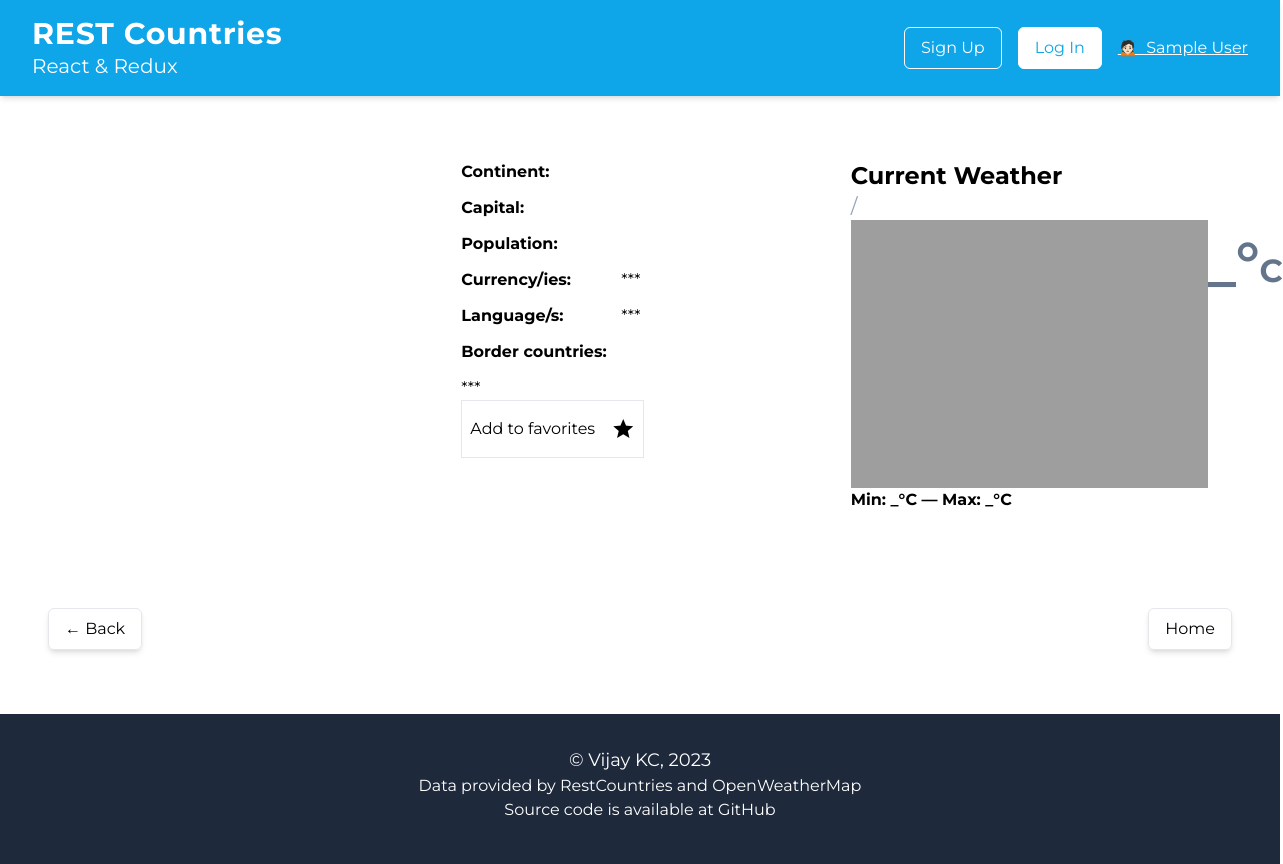
Repository: kcvijay/rest_countries_react_redux
Page: /favorites
These files come from the project's save history. The page is drawn as it stood at one moment and after the next save; the edit follows.
The browser window is 1280 px wide. The page is 1283 px wide, so the pictures cover 1283 px, including what lies to the right of the window. The pictures show the whole page.
Pictures or frames that could not be fetched are drawn as grey boxes. The page's requests for data from a server got no answer. The project was rebuilt for these pictures with package versions that can differ from the ones it lists, and the page was loaded fresh each time. No one was signed in, and anything a server would have sent is missing. Also part of the build but not shown: src/components/CountryCard.jsx, src/components/Home.jsx, src/components/NotFound.jsx.

Above is the page before, as saved 2023-03-20 20:01:50.

### public/index.html
<!DOCTYPE html>
<html lang="en">
  <head>
    <meta charset="utf-8" />
    <link rel="icon" href="%PUBLIC_URL%/favicon.ico" />
    <meta name="viewport" content="width=device-width, initial-scale=1" />
    <meta name="theme-color" content="#000000" />
    <meta
      name="description"
      content="REST Countries App created with React and Redux"
    />
    <link rel="manifest" href="%PUBLIC_URL%/manifest.json" />
    <link
      href="https://fonts.googleapis.com/icon?family=Material+Icons"
      rel="stylesheet"
    />
    <title>REST Countries App</title>

    <style>
      @import url("https://fonts.googleapis.com/css2?family=Montserrat:wght@400;700&display=swap");
    </style>
  </head>
  <body>
    <noscript>You need to enable JavaScript to run this app.</noscript>
    <div id="root"></div>
  </body>
</html>

### src/index.js
import React from "react";
import ReactDOM from "react-dom/client";
import App from "./App";
import "./index.css";

// Redux
import { store } from "./app/store";
import { Provider } from "react-redux";

const root = ReactDOM.createRoot(document.getElementById("root"));
root.render(
  <Provider store={store}>
    <App />
  </Provider>
);

### src/App.js
import React from "react";
import { BrowserRouter, Routes, Route } from "react-router-dom";

import Layout from "./pages/Layout";
import SingleCountry from "./components/SingleCountry";
import Home from "./components/Home";
import NotFound from "./components/NotFound";

const App = () => {
  return (
    <BrowserRouter>
      <Routes>
        <Route path="/" element={<Layout />}>
          <Route index element={<Home />} />
          <Route path="/:singlecountry" element={<SingleCountry />} />
          <Route path="*" element={<NotFound />} />
        </Route>
      </Routes>
    </BrowserRouter>
  );
};

export default App;

### src/app/store.js
import { configureStore } from "@reduxjs/toolkit";
import countriesReducer from "../features/countries/countriesSlice";
import countryReducer from "../features/countries/countriesSlice";
import weatherReducer from "../features/countries/countriesSlice";

export const store = configureStore({
  reducer: {
    countries: countriesReducer,
    country: countryReducer,
    weather: weatherReducer,
  },
});

### src/pages/Layout.jsx
import React from "react";

import Header from "../components/Header";
import Main from "../components/Main";
import Footer from "../components/Footer";

const Layout = () => {
  return (
    <div className="flex flex-col min-h-[100vh] relative">
      <Header />
      <Main />
      <Footer />
    </div>
  );
};

export default Layout;

### src/components/SingleCountry.jsx
import React, { useEffect } from "react";
import { useNavigate, useParams } from "react-router-dom";
import { useDispatch, useSelector } from "react-redux";
import { showSingleCountry } from "../features/countries/countryAction";
import { getWeather } from "../features/countries/weatherAction";

import loader from "../assets/loader.gif";
import Weather from "./Weather";

const SingleCountry = () => {
  const params = useParams();
  const navigate = useNavigate();
  const dispatch = useDispatch();

  const country = useSelector((state) => state.country.countryData);
  const weather = useSelector((state) => state.weather.weatherData);
  const loading = useSelector((state) => state.country.loading);

  useEffect(() => {
    if (!loading) {
      const fetchCountryData = async () => {
        dispatch(showSingleCountry(params.singlecountry));
        const capital = country[0]?.capital[0];
        console.log(capital);
        dispatch(getWeather(capital, process.env.REACT_APP_APP_ID));
      };
      fetchCountryData();
    }
  }, [dispatch, params]);

  const pageRedirectHandler = (el) => {
    return navigate(`/${el}`, { replace: false });
  };

  if (loading) {
    return (
      <div className="flex justify-center items-center m-16">
        <img className="backdrop" src={loader} alt="Loader animation" />
      </div>
    );
  }

  return (
    <div className="max-w-[1200px] my-16 mx-auto">
      <div className="grid md:grid-cols-2 lg:grid-cols-3 gap-8 mt-8 mx-8">
        <figure>
          <img
            className="shadow-md max-h-[220px] max-w-[320px] "
            src={country[0]?.flags?.svg}
            alt={country[0]?.name?.common}
          />
          <div className="mt-4">
            <h2 className="text-2xl font-bold">{country[0]?.name?.common}</h2>
            <p className="text-xl text-slate-400">
              {country[0]?.name?.official}
            </p>
          </div>
        </figure>

        <div>
          <ul>
            <li>
              <span className="inline-block w-[160px] font-bold mb-3">
                Continent:
              </span>
              {country[0]?.continents}
            </li>
            <li>
              <span className="inline-block w-[160px] font-bold mb-3">
                Capital:
              </span>
              {country[0]?.capital || country[0]?.name.common}
            </li>

            <li>
              <span className="inline-block w-[160px] font-bold mb-3">
                Population:
              </span>
              {country[0]?.population.toLocaleString()}
            </li>
            <li>
              <span className="inline-block w-[160px] font-bold mb-3">
                Currency/ies:
              </span>
              <span className="overflow-x-scroll">
                {country[0]?.currencies
                  ? Object.values(country[0]?.currencies)
                      .map((el) => el.name)
                      .join(", ")
                  : "***"}
              </span>
            </li>
            <li>
              <span className="inline-block w-[160px] font-bold mb-3">
                Language/s:
              </span>
              {country[0]?.languages
                ? Object.values(country[0]?.languages)
                    .map((el) => el)
                    .join(", ")
                : "***"}
            </li>
            <li>
              <span className="inline-block w-[160px] font-bold mb-3">
                Border countries:
              </span>
              <div className="flex flex-wrap justify-start items-center">
                {country[0]?.borders
                  ? country[0]?.borders.map((border) => (
                      <span
                        onClick={() => pageRedirectHandler(border)}
                        key={border}
                        className="bg-sky-500 px-4 py-2 text-white my-2 mr-2 rounded-md shadow-md cursor-pointer text-wrap hover:bg-white hover:text-sky-500 active:shadow-none duration-300"
                      >
                        {border}
                      </span>
                    ))
                  : "***"}
              </div>
            </li>
            <li>
              <button className="flex justify-between gap-4 items-center border px-2 py-4">
                <p> Add to favorites </p>
                <p className="material-icons">star</p>
              </button>
            </li>
          </ul>
        </div>
        <Weather
          name={country[0]?.name.common}
          capital={country[0]?.capital}
          temp={
            weather?.main?.temp
              ? (weather?.main?.temp - 273.15).toFixed(0)
              : "_"
          }
          tempMin={
            weather?.main?.temp_min
              ? (weather?.main?.temp_min - 273.15).toFixed(0)
              : "_"
          }
          tempMax={
            weather?.main?.temp_max
              ? (weather?.main?.temp_max - 273.15).toFixed(0)
              : "_"
          }
          condition={weather?.main?.description}
          icon={weather?.main?.icon}
        />
      </div>
      <div className="flex justify-between mt-24">
        <button
          onClick={() => navigate(-1)}
          className="border py-2 px-4 mx-2 rounded-md shadow-md hover:bg-sky-400 hover:text-white duration-300"
        >
          &larr;&nbsp;Back
        </button>
        <button
          className="border py-2 px-4 mx-2 rounded-md shadow-md hover:bg-sky-400 hover:text-white duration-300"
          onClick={() => navigate("/")}
        >
          Home
        </button>
      </div>
    </div>
  );
};

export default SingleCountry;

### src/features/countries/countriesSlice.js
import { createSlice } from "@reduxjs/toolkit";
import { getWeather } from "./weatherAction";
import { showAllCountries } from "./countriesAction";
import { showSingleCountry } from "./countryAction";

const initialState = {
  loading: false,
  success: false,
  countriesData: [],
  countryData: [],
  weatherData: [],
};

export const countriesSlice = createSlice({
  name: "countries",
  initialState: initialState,
  reducers: {},

  extraReducers: (builder) => {
    builder
      .addCase(showAllCountries.pending, (state) => {
        state.loading = true;
      })
      .addCase(showAllCountries.fulfilled, (state, action) => {
        state.loading = false;
        state.countriesData = action.payload;
        state.success = true;
      })
      .addCase(showSingleCountry.pending, (state) => {
        state.loading = true;
      })
      .addCase(showSingleCountry.fulfilled, (state, action) => {
        state.loading = false;
        state.countryData = action.payload;
        state.success = true;
      })
      .addCase(getWeather.pending, (state) => {
        state.loading = true;
      })
      .addCase(getWeather.fulfilled, (state, action) => {
        state.loading = false;
        state.weatherData = action.payload;
        state.success = true;
      });
  },
});

export default countriesSlice.reducer;

### src/components/Header.jsx
import React from "react";
import { Link } from "react-router-dom";

const Header = () => {
  return (
    <header className="bg-sky-500 flex justify-between items-center py-4 px-8 flex-wrap gap-4 shadow-md sticky top-0 z-999">
      <div>
        <Link to="/">
          <h1 className="text-3xl text-white space-2 font-bold tracking-wide">
            REST Countries
          </h1>
          <p className="text-xl text-white">React & Redux</p>
        </Link>
      </div>
      <div className="flex justify-center items-center gap-4">
        <div>
          <button className="border border-white py-2 px-4 text-white rounded-md mr-4 hover:bg-white hover:text-sky-500 duration-300">
            Sign Up
          </button>
          <button className="border bg-white border-white py-2 px-4 text-sky-500 rounded-md  hover:bg-sky-500 hover:text-white duration-300">
            Log In
          </button>
        </div>
        <p className="text-white underline">🙍🏻 &nbsp;Sample User</p>
      </div>
    </header>
  );
};

export default Header;

### src/components/Main.jsx
import React from "react";

import { Outlet } from "react-router-dom";

const Main = () => {
  return (
    <div className="flex-1">
      <Outlet />
    </div>
  );
};

export default Main;

### src/components/Footer.jsx
import React from "react";
import { Link } from "react-router-dom";

const Footer = () => {
  const date = new Date();
  const year = date.getFullYear();
  return (
    <div className="min-h-[150px] text-center bg-slate-800 text-white py-8">
      <p className="text-lg">&copy; Vijay KC, {year}</p>
      <p>
        Data provided by{" "}
        <Link
          className="hover:underline"
          to="https://restcountries.com"
          target="_blank noreferer"
        >
          RestCountries
        </Link>{" "}
        and{" "}
        <Link
          className="hover:underline"
          to="https://openweatermap.org"
          target="_blank noreferer"
        >
          OpenWeatherMap
        </Link>
      </p>
      <p>
        Source code is available at{" "}
        <Link
          className="hover:underline"
          to="https://github.com"
          target="_blank noreferer"
        >
          GitHub
        </Link>
      </p>
    </div>
  );
};

export default Footer;

### src/features/countries/countryAction.js
import axios from "axios";
import { createAsyncThunk } from "@reduxjs/toolkit";

// For single country

export const showSingleCountry = createAsyncThunk(
  "countries/showAll",
  async (code) => {
    const response = await axios.get(
      `https://restcountries.com/v3.1/alpha/${code}`
    );
    return response.data;
  }
);

### src/features/countries/weatherAction.js
import axios from "axios";
import { createAsyncThunk } from "@reduxjs/toolkit";

export const getWeather = createAsyncThunk(
  "getWeather/city",
  async (city, id) => {
    // const response =
    //   // await axios.get`https://api.openweathermap.org/data/2.5/weather?q=${city}&appid=${id}`;
    // return response.data;
  }
);

### src/components/Weather.jsx
import React from "react";

const Weather = ({
  name,
  capital,
  temp,
  icon,
  tempMax,
  tempMin,
  condition,
}) => {
  return (
    <div>
      <h2 className="text-2xl font-bold">Current Weather</h2>
      <p className="text-xl text-slate-400">
        {name} / {capital}
      </p>

      <div className="flex justify-start">
        <img
          src={`https://openweathermap.org/img/wn/${icon}@2x.png`}
          alt="weather icon"
        />
        <p className="text-[56px] text-slate-500 font-bold">
          {temp}°<span className="text-[32px]">C</span>
        </p>
      </div>
      <p className="capitalize">{condition}</p>

      <p className="text font-bold">
        Min: {tempMin}°C &mdash; Max: {tempMax}°C
      </p>
    </div>
  );
};

export default Weather;

### src/features/countries/countriesAction.js
import axios from "axios";
import { createAsyncThunk } from "@reduxjs/toolkit";

// All countries

export const showAllCountries = createAsyncThunk(
  "countries/showOne",
  async () => {
    const response = await axios.get(`https://restcountries.com/v3.1/all`, {});
    return response.data;
  }
);

### tailwind.config.js
/** @type {import('tailwindcss').Config} */
module.exports = {
  content: ["./src/**/*.{js,jsx,ts,tsx}"],
  theme: {
    fontFamily: {
      sans: ["Montserrat, sans-serif"],
    },
    extend: {},
  },
  plugins: [],
};

Loaded but not shown: src/index.css (common file)

After the next save:
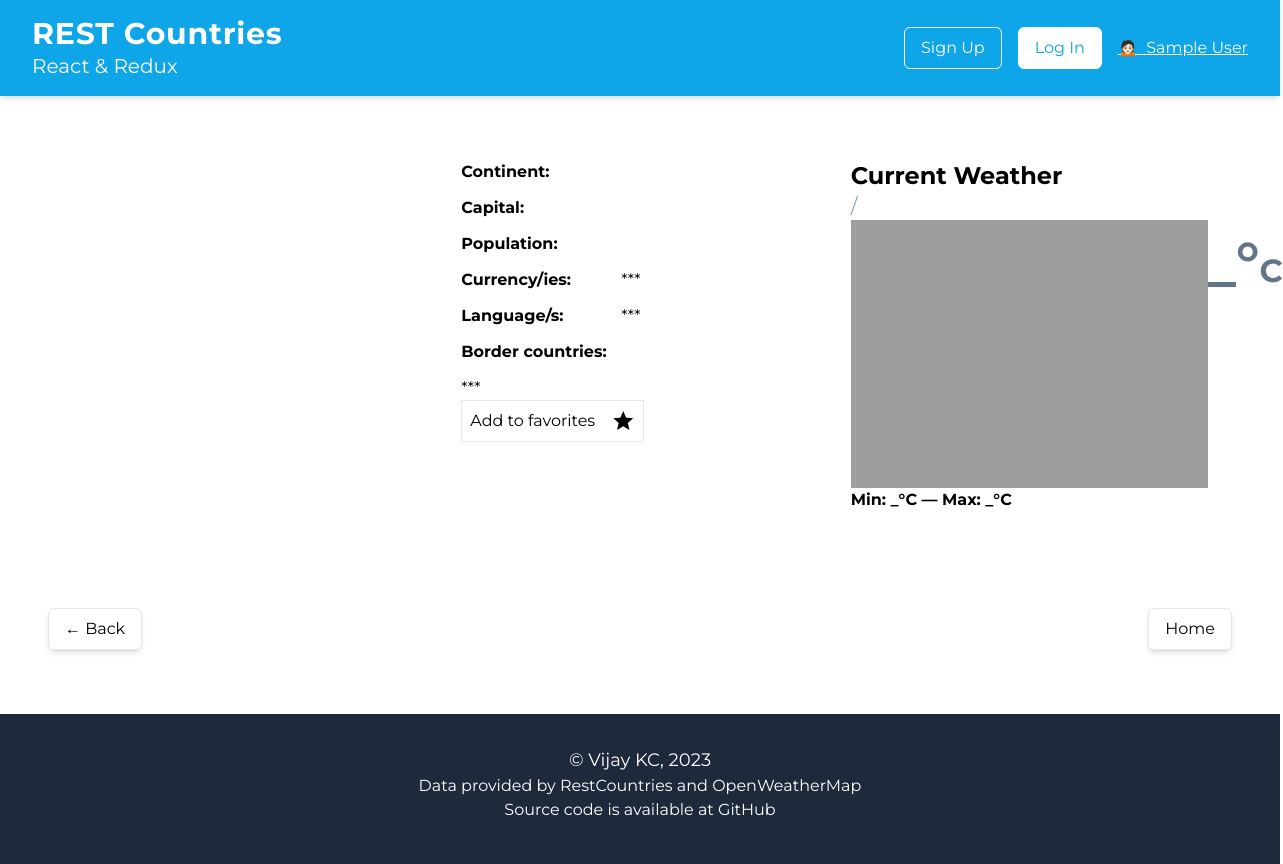
Saved 7 s later.
--- a/src/components/SingleCountry.jsx
+++ b/src/components/SingleCountry.jsx
@@ -119,7 +119,7 @@ const SingleCountry = () => {
               </div>
             </li>
             <li>
-              <button className="flex justify-between gap-4 items-center border px-2 py-4">
+              <button className="flex justify-between gap-4 items-center border px-2 py-2">
                 <p> Add to favorites </p>
                 <p className="material-icons">star</p>
               </button>
